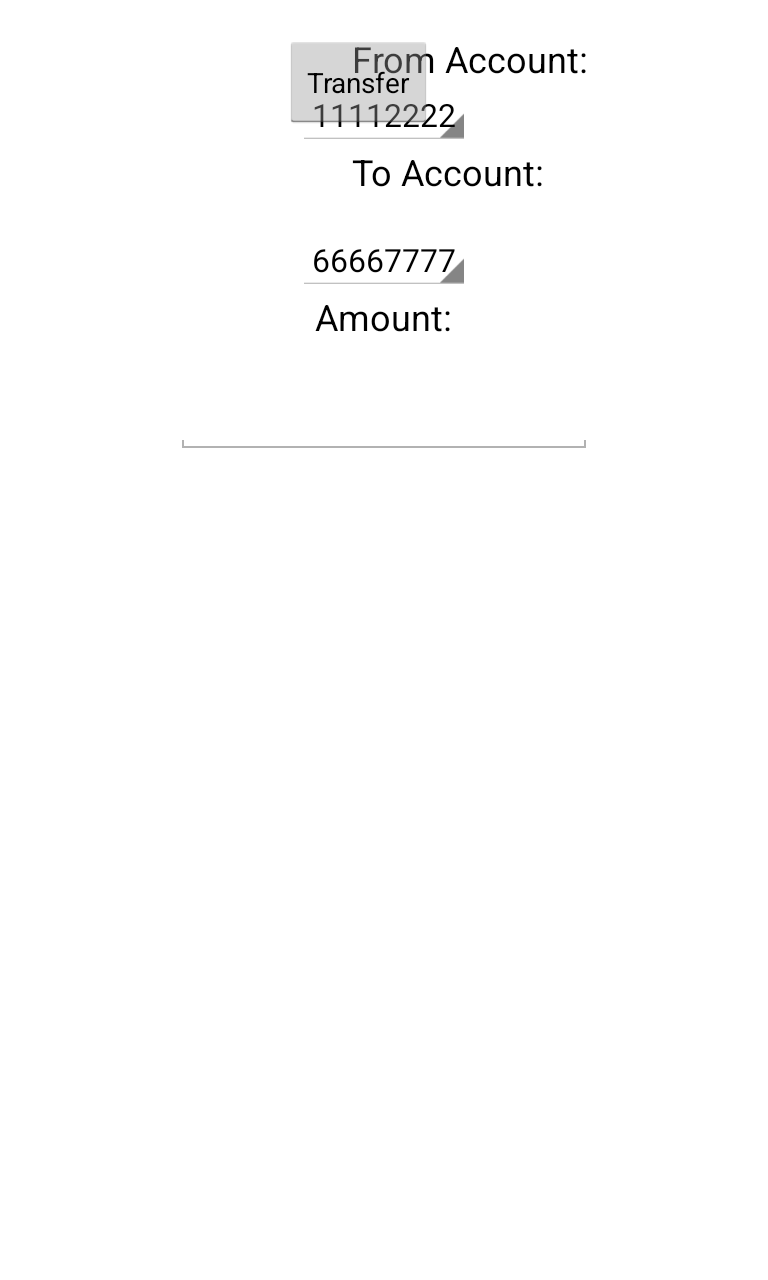
Repository: chaneyjd/android
Layout: amqtt/res/layout/activity_transfer.xml
An editor plug-in stored every save of this project. The layout is shown before and after the next save, followed by the edit.
It is drawn on a 768 x 1280 px phone screen (xhdpi) without system bars, with theme AppTheme; the app's code is not run.

Above is the layout before, as saved 2014-05-06 18:05:45.

### amqtt/res/layout/activity_transfer.xml
<RelativeLayout xmlns:android="http://schemas.android.com/apk/res/android"
    xmlns:tools="http://schemas.android.com/tools"
    android:layout_width="match_parent"
    android:layout_height="300dp"
    android:paddingLeft="@dimen/activity_horizontal_margin"
    tools:context=".TransferActivity" >

    <Spinner
        android:id="@+id/spinner1"
        android:layout_width="wrap_content"
        android:layout_height="wrap_content"
        android:layout_below="@+id/textView1"
        android:layout_centerHorizontal="true"
        android:entries="@array/From_Account" />

    <Spinner
        android:id="@+id/spinner2"
        android:layout_width="wrap_content"
        android:layout_height="wrap_content"
        android:layout_alignLeft="@+id/spinner1"
        android:layout_below="@+id/textView2"
        android:layout_marginTop="16dp"
        android:entries="@array/To_Account" />

    <EditText
        android:id="@+id/editText1"
        android:layout_width="wrap_content"
        android:layout_height="wrap_content"
        android:layout_below="@+id/textView3"
        android:layout_centerHorizontal="true"
        android:layout_marginTop="18dp"
        android:ems="10" />

    <TextView
        android:id="@+id/textView1"
        android:layout_width="wrap_content"
        android:layout_height="wrap_content"
        android:layout_alignLeft="@+id/spinner1"
        android:layout_alignParentTop="true"
        android:layout_marginLeft="28dp"
        android:layout_marginTop="17dp"
        android:text="From Account:"
        android:textAppearance="?android:attr/textAppearanceMedium" />

    <Button
        android:id="@+id/button2"
        style="?android:attr/buttonStyleSmall"
        android:layout_width="wrap_content"
        android:layout_height="wrap_content"
        android:layout_alignRight="@+id/spinner1"
        android:layout_alignTop="@+id/textView1"
        android:layout_marginRight="19dp"
        android:onClick="transfer"
        android:text="Transfer" />

    <TextView
        android:id="@+id/textView2"
        android:layout_width="wrap_content"
        android:layout_height="wrap_content"
        android:layout_alignLeft="@+id/textView1"
        android:layout_below="@+id/spinner1"
        android:text="To Account:"
        android:textAppearance="?android:attr/textAppearanceMedium" />

    <TextView
        android:id="@+id/textView3"
        android:layout_width="wrap_content"
        android:layout_height="wrap_content"
        android:layout_below="@+id/spinner2"
        android:layout_centerHorizontal="true"
        android:text="Amount:"
        android:textAppearance="?android:attr/textAppearanceMedium" />
</RelativeLayout>

### amqtt/res/values/strings.xml
<?xml version="1.0" encoding="utf-8"?>
<resources>

    <string name="app_name">Citi MQTT</string>
    <string name="action_settings">Settings</string>
    <string name="hello_world">Output:</string>
    <string name="button_action_connect">Connect</string>
    <string name="host_name">vm-3b11-b25f.nam.nsroot.net</string>
    <string name="button_action_disconnect">Disconnect</string>
    <string name="title_activity_main_activity_notify">MainActivityNotify</string>
    <string name="Host_Hint">Enter Host Name Here</string>

    <string-array name="From_Account">
        <item>11112222</item>
        <item>22223333</item>
        <item>33334444</item>
        <item>44445555</item>
    </string-array>
    <string-array name="To_Account">
        <item>66667777</item>
        <item>77778888</item>
        <item>88889999</item>
        <item>99990000</item>
    </string-array>

    <string name="title_activity_fullscreen">FullscreenActivity</string>
    <string name="dummy_button">Dummy Button</string>
    <string name="dummy_content">DUMMY\nCONTENT</string>
    <string name="title_activity_transfer">TransferActivity</string>

</resources>

Loaded but not shown: amqtt/res/values/styles.xml (common file); amqtt/res/values-v11/styles.xml (common file); amqtt/res/values-v14/styles.xml (common file); amqtt/res/values/dimens.xml (common file)

After the next save:
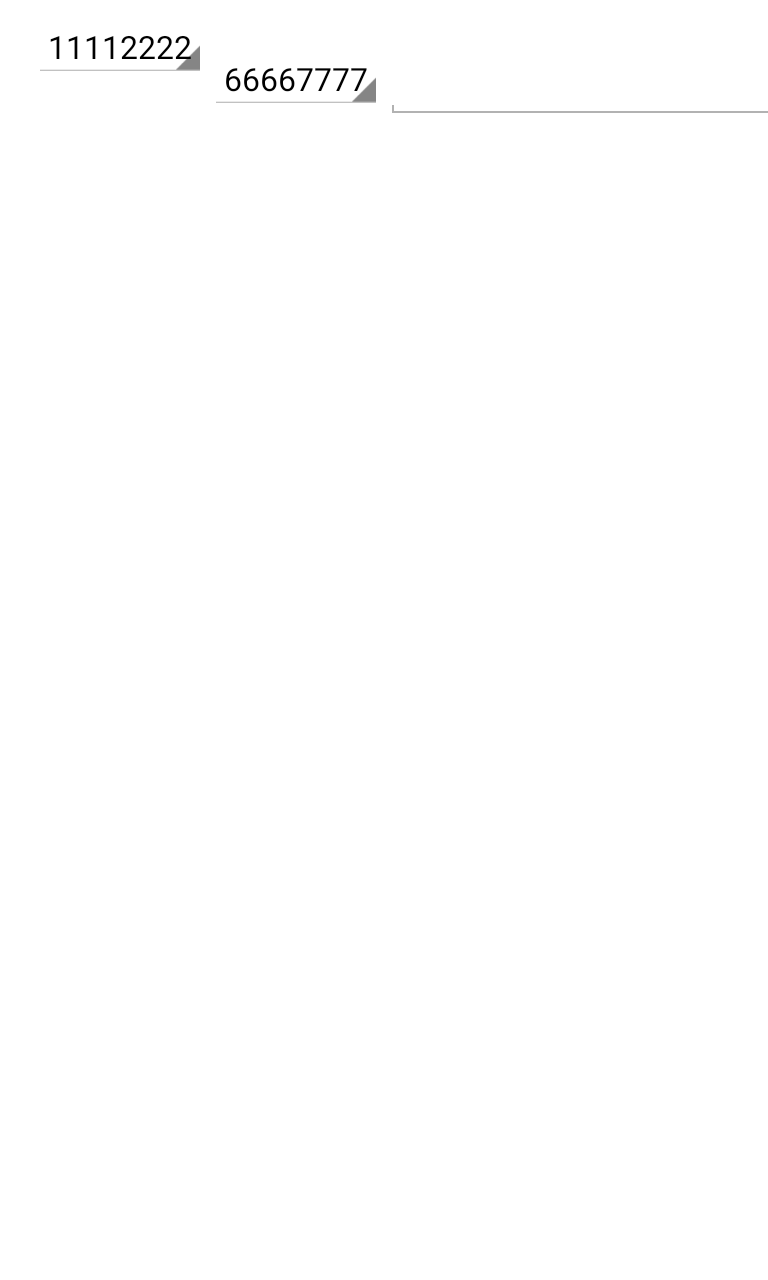
Saved 22 s later.
--- a/amqtt/res/layout/activity_transfer.xml
+++ b/amqtt/res/layout/activity_transfer.xml
@@ -1,4 +1,4 @@
-<RelativeLayout xmlns:android="http://schemas.android.com/apk/res/android"
+<GridLayout xmlns:android="http://schemas.android.com/apk/res/android"
     xmlns:tools="http://schemas.android.com/tools"
     android:layout_width="match_parent"
     android:layout_height="300dp"
@@ -70,4 +70,4 @@
         android:layout_centerHorizontal="true"
         android:text="Amount:"
         android:textAppearance="?android:attr/textAppearanceMedium" />
-</RelativeLayout>
+</GridLayout>
